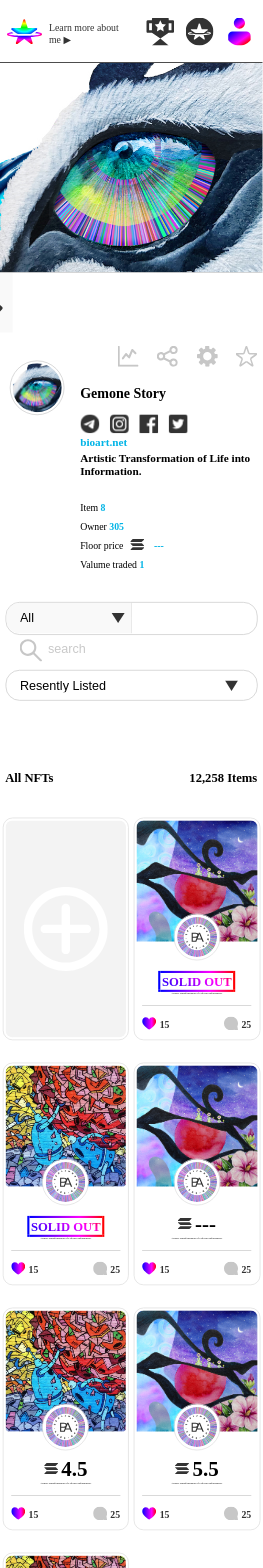
Repository: superHotBob/bioart
Page: /myplanets
An editor plug-in stored every save of this project. The page is shown before and after the next save, followed by the edit.
The browser window is 375 px wide. The pictures show the part of the page from y = 0 to 2240 px (the page is 2861 px tall), at 70% of full size.
Some web fonts or font styles are not loaded; a fallback is used. The project was rebuilt for these pictures with package versions that can differ from the ones it lists, and the page was loaded fresh each time. Some packages were replaced by stand-ins written for this rebuild. The framework's server and built-in components were replaced by stand-ins that run in the browser. Also part of the build but not shown: next.config.js.

Above is the page before, as saved 2022-04-05 15:10:46.

After the next save:
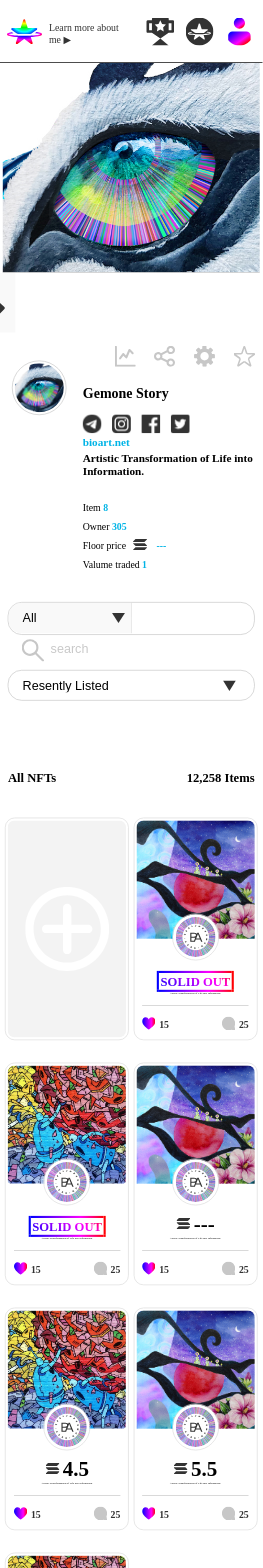
Saved 12 s later.
--- a/pages/myplanets.js
+++ b/pages/myplanets.js
@@ -872,7 +872,7 @@ export default function Explore() {
           }
           @media screen and (max-width: 550px) {
             .mainExplore {
-              width: 96%;
+              width: 94%;
               margin: 0 auto;
 
             }
